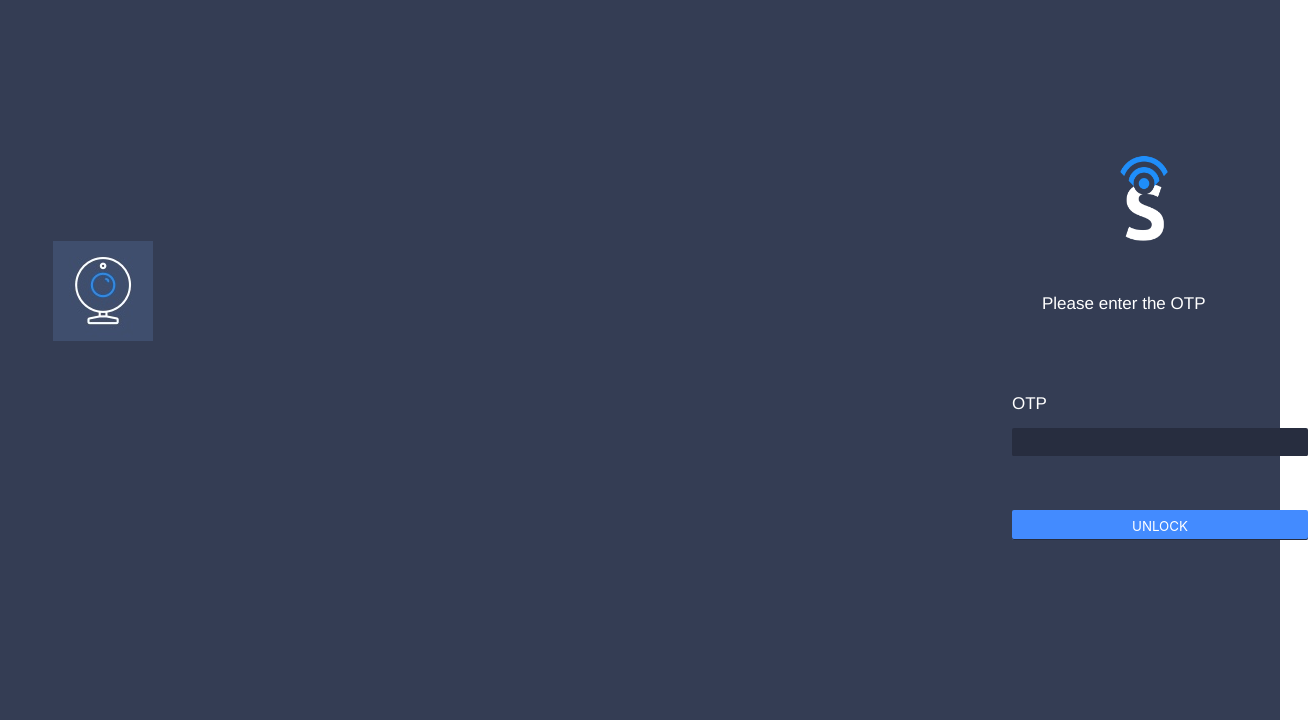
Repository: aba450/smart-door
Page: / (app in S3/smart-door-visitor/)
An editor plug-in stored every save of this project. The page is shown before and after the next save, followed by the edit.
The browser window is 1280 px wide. The page is 1308 px wide, so the pictures cover 1308 px, including what lies to the right of the window. The pictures show the whole page.
The project was rebuilt for these pictures with package versions that can differ from the ones it lists, and the page was loaded fresh each time.

Above is the page before, as saved 2020-03-17 20:43:09.

### S3/smart-door-visitor/src/App.js
import React from 'react';
import './App.css';
import Camera_ON from './Camera_ON.jpg'
import SLogo from './SLogo.png'

function App() {



  return (
    <div className="App">
      <img src={Camera_ON} className="Camera-logo"/>
      <img src={SLogo} className="S-logo"/>
      <label className="text-label">Please enter the OTP</label>
       <label className="otp-label">OTP</label>
        <input type="text" className="otp-input"></input>
        <button className="unlock-button">UNLOCK</button>
    </div>
  );
}

export default App;

### S3/smart-door-visitor/src/App.css
.App {
  text-align: center;
  background-color: #343d54;
  min-height: 100vh;
  display: flex;
  flex-direction: column;
  font-size: calc(10px + 2vmin);
  color: white;
}

.Camera-logo {
  position: absolute;
  height: 100px;
  width: 100px;
  left: 53px;
  top: 241px;
}

.S-logo {
  position: absolute;
  height: 86px;
  width: 48px;
  left: 1120px;
  top: 155px;
}

.text-label {
  position: absolute;
  font-family:Helvetica;
  font-size:17px;
  color:#ffffff;
  letter-spacing:0;
  text-align:left;
  left:1042px;
  top:294px;
}

.otp-label {
  position: absolute;
  font-family:Helvetica;
  font-size:17px;
  color:#ffffff;
  letter-spacing:0;
  text-align:left;
  left:1012px;
  top:394px;
}

.otp-input {
  color:#1f8efa;
  background-color: #272d3f;
  letter-spacing:0;
  text-align:left;
  position: absolute;
  left:1012px;
  top:428px;
}

.unlock-button {
  position: absolute;
  background-color: #438bff;
  left:1012px;
  top:510px;
}

input {
    -webkit-appearance: none;
    appearance: none;
    margin: auto;
    max-width: 280px;
    border-radius: 2px;
    border: 0;
    overflow: hidden;
    width: 100%;
    font-family:-apple-system, BlinkMacSystemFont, 'Segoe UI', Roboto, Oxygen, Ubuntu, Cantarell, 'Open Sans', 'Helvetica Neue', sans-serif;
    padding: 8px 8px 8px 8px;
    height: 12px;
    font-size: 16px;
    font-weight: 400;
    box-shadow: inset 0 -1px 0  #272d3f;
    transition: all .15s ease;
}

button {
  height: 30px;
  max-width: 296px;
  margin: auto;
  width: 100%;
  color: white;
  font-family:-apple-system, BlinkMacSystemFont, 'Segoe UI', Roboto, Oxygen, Ubuntu, Cantarell, 'Open Sans', 'Helvetica Neue', sans-serif;
  border-radius: 2px;
  border: 0;
  padding: 8px 8px 8px 8px;
  box-shadow: inset 0 -1px 0  #272d3f;
    transition: all .15s ease;
}

Loaded but not shown: S3/smart-door-visitor/public/index.html (common file); S3/smart-door-visitor/src/index.js (common file); S3/smart-door-visitor/src/index.css (common file); S3/smart-door-visitor/src/serviceWorker.js (common file)

After the next save:
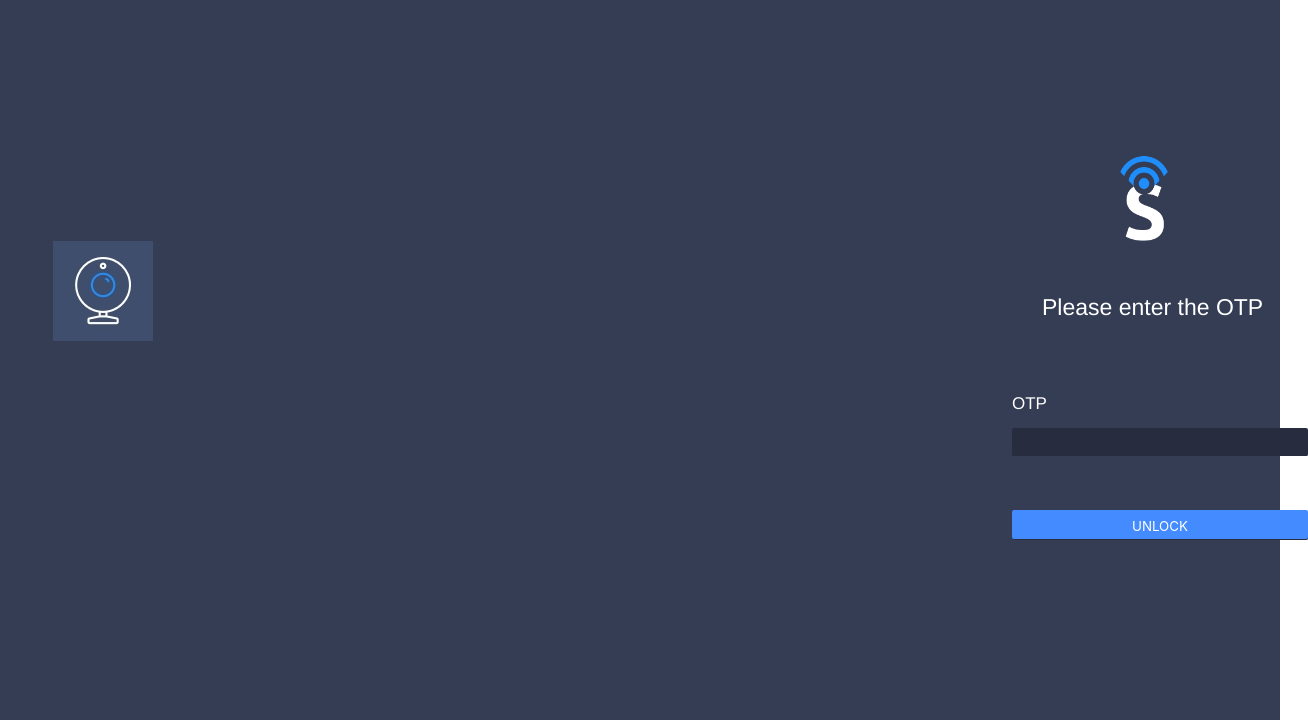
Saved 22 s later.
--- a/S3/smart-door-visitor/src/App.css
+++ b/S3/smart-door-visitor/src/App.css
@@ -27,7 +27,7 @@
 .text-label {
   position: absolute;
   font-family:Helvetica;
-  font-size:17px;
+  font-size:23px;
   color:#ffffff;
   letter-spacing:0;
   text-align:left;
